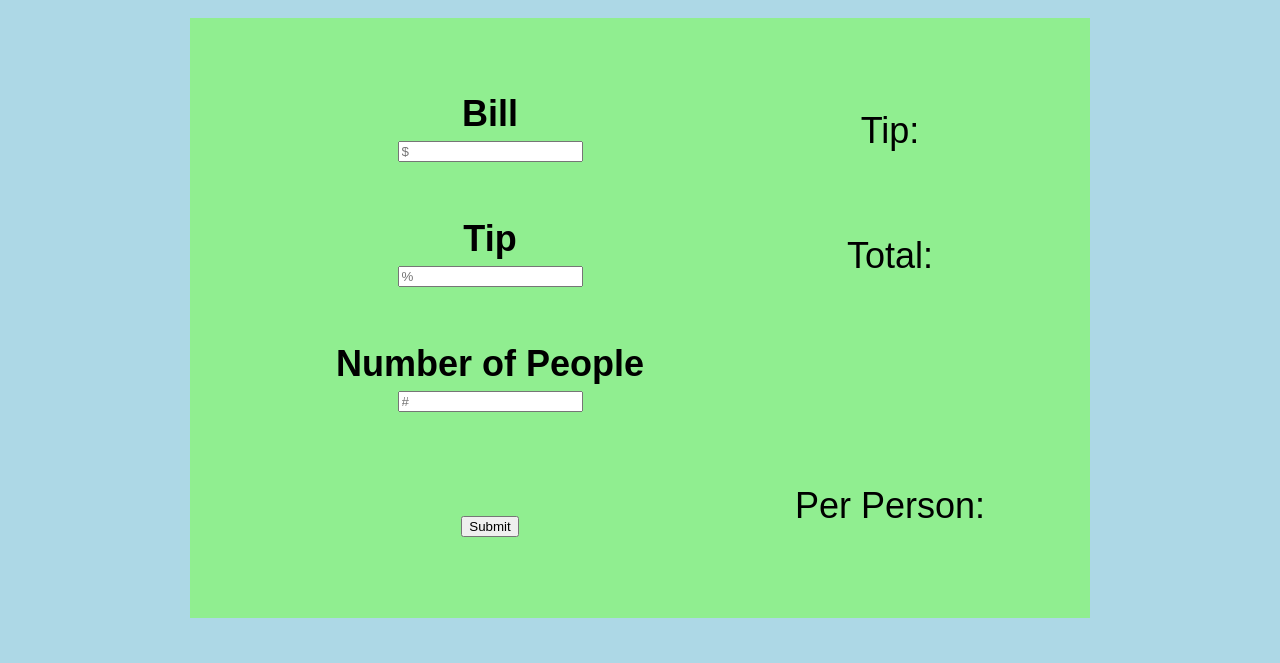
Repository: SamirIngley/Tip-Calculator
Page: tip_display.html
These files come from the project's save history. The page is drawn as it stood at one moment and after the next save; the edit follows.
The browser window is 1280 px wide. The pictures show the whole page.

Above is the page before, as saved 2020-02-13 11:01:22.

After the next save:
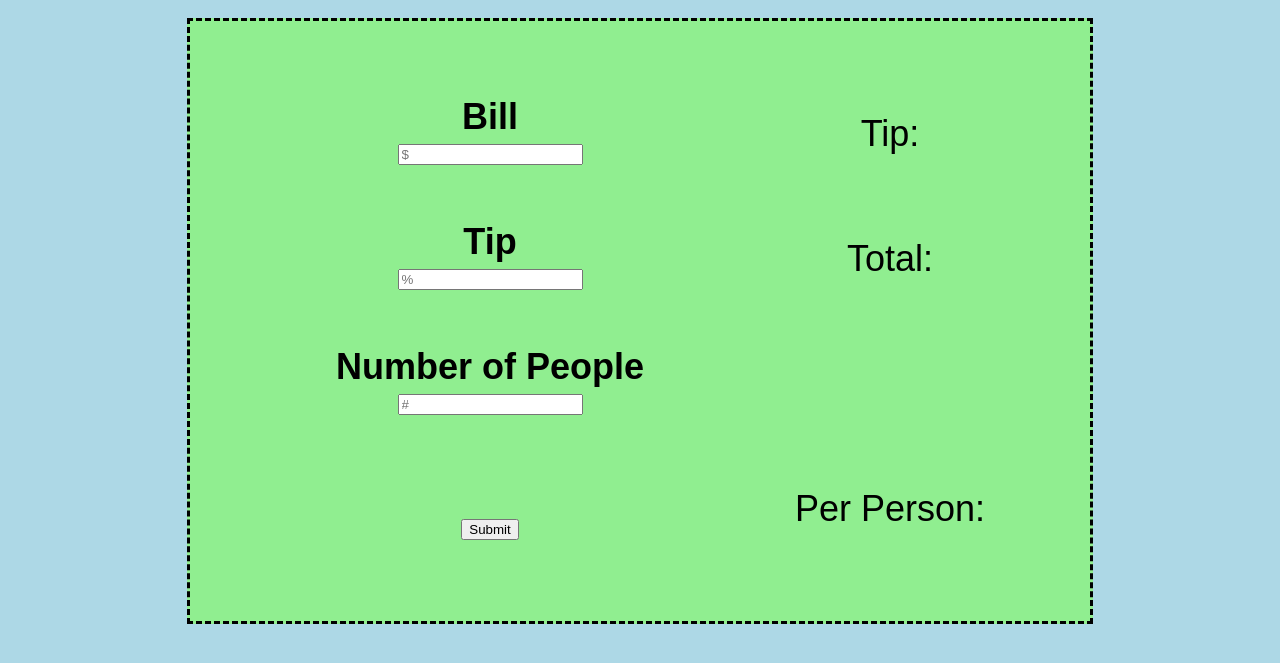
Saved 116 s later.
--- a/style.css
+++ b/style.css
@@ -31,6 +31,7 @@ body {
     line-height: 30px;
     margin: 10px;
     padding: 50px;
+    border-style: dashed;
 }
 
 .bill {
